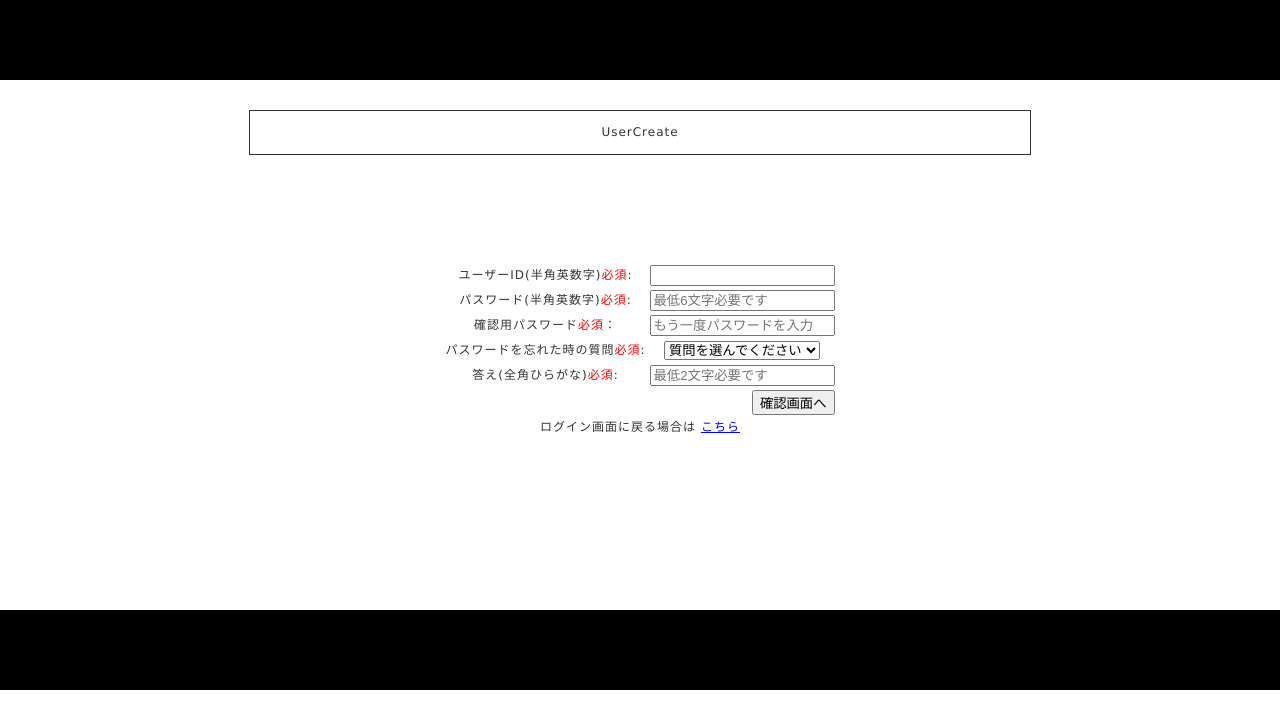
Repository: y321sudo/test2
Page: http://localhost/Yukazon/userCreate.jsp
An editor plug-in stored every save of this project. The page is shown before and after the next save, followed by the edit.
The browser window is 1280 px wide. The pictures show the whole page.
The page is served by Tomcat 9. Other server files are loaded and not shown.

Above is the page before, as saved 2018-02-21 08:32:06.

### Yukazon/WebContent/userCreate.jsp
<%@ page language="java" contentType="text/html; charset=UTF-8" pageEncoding="UTF-8"%>
<%@ taglib prefix="s" uri="/struts-tags"%>
<!DOCTYPE html>
<html>
<head>
	<meta http-equiv="Content-Type" content="text/html; charset=utf-8" />
	<meta http-equiv="Content-Style-Type" content="text/css" />
	<meta http-equiv="Content-Script-Type" content="text/javascript" />
	<meta http-equiv="imagetoolbar" content="no" />
	<meta name="description" content="" />
	<meta name="keywords" content="" />

	<title>新規ユーザー登録画面</title>
	<style type="text/css">
/* ========TAG LAYOUT======== */
	body {
		margin:0;
		padding:0;
		line-height:1.6;
		letter-spacing:1px;
		font-family:Verdana, Helvetica, sans-serif;
		font-size:12px;
		color:#333;
		background:#fff;
	}
	table {
		text-align:center;
		margin:0 auto;
	}
/* ========ID LAYOUT======== */
	#top {
		width:780px;
		margin:30px auto;
		border:1px solid #333;
	}
	#header {
		width: 100%;
		height: 80px;
		background-color: black;
	}
	#main {
		width: 100%;
		height: 500px;
		text-align: center;
	}
	#error{
		font-color:red;
	}
	#footer {
		width: 100%;
		height: 80px;
		background-color: black;
		clear:both;
	}
	</style>
</head>


<body>
	<div id="header">
		<div id="pr">
		</div>
	</div>
	<div id="main">
		<div id="top">
		<p>UserCreate</p>
		</div>
		<div>
	<!-- UserCreateConfirmActionのErrorMassageが表示される -->
			<s:if test="errorMassage != ''">
				<font color="red" size="15px"><s:property value="errorMassage" escape="false" /></font>
			</s:if>
			<br>
			<table>
			<!-- "入力確認へ"ボタンを押すと"UserCreateConfirmAction"へ -->
			<s:form action="UserCreateConfirmAction">
				<tr>
					<td>
						<label>ユーザーID(半角英数字)<font color="red">必須</font>:</label>
					</td>
					<td>
						<!-- IDの入力制限:半角英数字のみ、入力必須項目(required) -->
						<input type="text" name="loginUserId" pattern="^[0-9A-Za-z]+$" title="半角英数字でご入力ください。" required />
					</td>
				</tr>
				<tr>
					<td>
						<label>	パスワード(半角英数字)<font color="red">必須</font>:</label>
					</td>
					<td>
						<!-- パスワードの入力制限:半角英数字6文字以上、入力必須項目 -->
						<input type="password" name="loginPassword" placeholder="最低6文字必要です" pattern=".{6,}" title="半角英数字6文字以上でご入力ください。" required/>
					</td>
				</tr>
				<tr>
					<td>
						<label>確認用パスワード<font color="red">必須</font>：</label>
					</td>
					<td>
						<input type="password" name="checkLoginPassword" placeholder="もう一度パスワードを入力" pattern=".{6,}" title="半角英数字6文字以上でご入力ください。" required/>
					</td>
				</tr>
				<tr>
					<td>
						<label>パスワードを忘れた時の質問<font color="red">必須</font>:</label>
					</td>
					<td>
						<select name="secretQuestion">
							<option value="質問を選んでください" selected="selected">質問を選んでください</option>
							<option value="好きな食べ物は？">好きな食べ物は？</option>
							<option value="小学校の名前は？">小学校の名前は？</option>
							<option value="母親の旧姓は？">母親の旧姓は？</option>
						</select>
					</td>
				</tr>
				<tr>
					<td>
						<label>答え(全角ひらがな)<font color="red">必須</font>:</label>
					</td>
					<td>
						<!-- 答えの入力制限:全角ひらがな2文字以上、入力必須項目 -->
						<input type="text" name="secretAnswer" placeholder="最低2文字必要です" pattern="^[ぁ-ん]+$" title="全角ひらがな2文字以上でご入力ください。" required />
					</td>
				</tr>
					<s:submit value="確認画面へ"/>
			</s:form>

			</table>
			<div>
				<span>ログイン画面に戻る場合は</span>
				<a href="http://localhost:8080/Yukazon/home.jsp">こちら</a>
			</div>
		</div>
	</div>
	<div id="footer">
		<div id="pr">
		</div>
	</div>
</body>
</html>

After the next save:
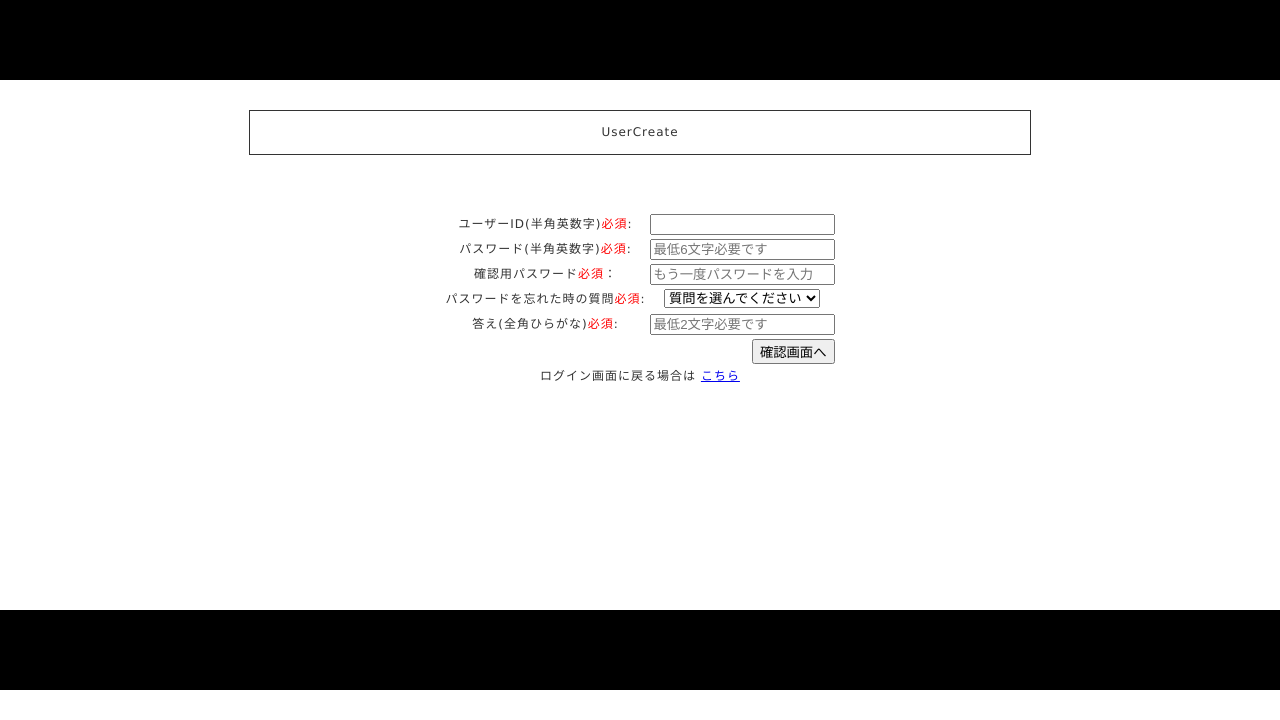
Saved 27 s later.
--- a/Yukazon/WebContent/userCreate.jsp
+++ b/Yukazon/WebContent/userCreate.jsp
@@ -68,7 +68,7 @@
 		<div>
 	<!-- UserCreateConfirmActionのErrorMassageが表示される -->
 			<s:if test="errorMassage != ''">
-				<font color="red" size="15px"><s:property value="errorMassage" escape="false" /></font>
+				<font color="red" size="3px"><s:property value="errorMassage" escape="false" /></font>
 			</s:if>
 			<br>
 			<table>
